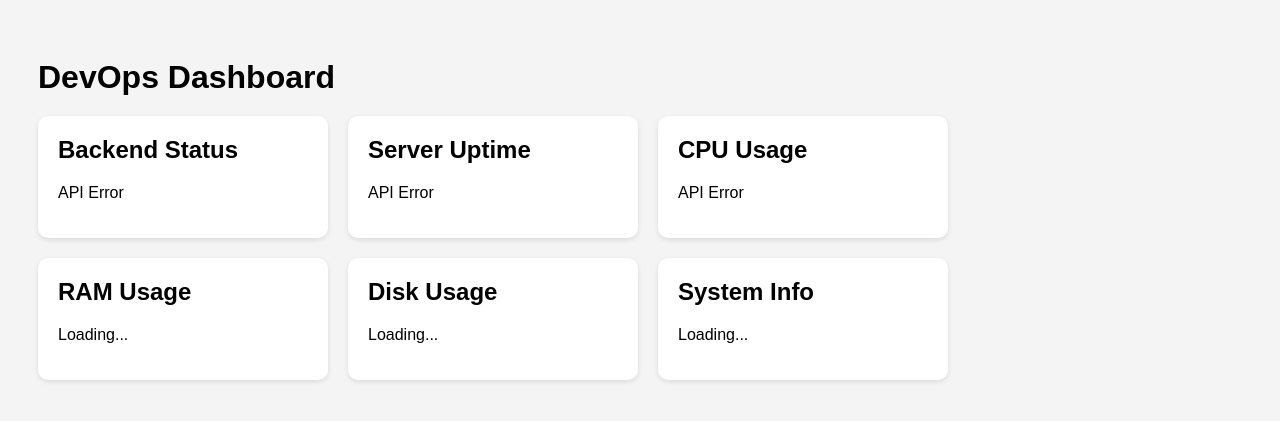
Repository: manoj-991/devops-dashboard
Page: frontend/index.html
The author's editor kept a copy of each file at every save. The page is drawn from the files as they stood at one save, then again after the next save.
The browser window is 1280 px wide. The pictures show the whole page.
The page's requests for data from a server got no answer.

Above is the page before, as saved 2026-05-23 00:20:10.

After the next save:
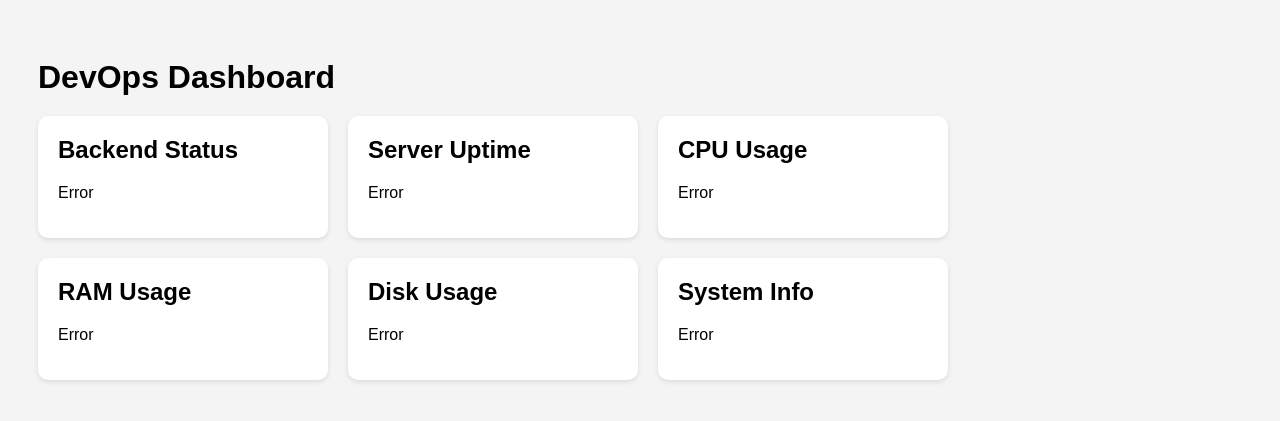
Saved 14 s later.
--- a/frontend/app.js
+++ b/frontend/app.js
@@ -1,64 +1,90 @@
-async function loadBackendStatus() {
+async function fetchData(url) {
 
-    try {
+    const response = await fetch(url);
 
-        const response = await fetch("/api/health");
-
-        const data = await response.json();
-
-        document.getElementById("backend-status").innerText =
-            data.status;
-
-    } catch (error) {
-
-        document.getElementById("backend-status").innerText =
-            "API Error";
-    }
-}
-
-async function loadUptime() {
-
-    try {
-
-        const response = await fetch("/api/uptime");
-
-        const data = await response.json();
-
-        document.getElementById("uptime-result").innerText =
-            data.uptime;
-
-    } catch (error) {
-
-        document.getElementById("uptime-result").innerText =
-            "API Error";
-    }
-}
-
-async function loadCPU() {
-
-    try {
-
-        const response = await fetch("/api/cpu");
-
-        const data = await response.json();
-
-        document.getElementById("cpu-result").innerText =
-            data.cpu_usage;
-
-    } catch (error) {
-
-        document.getElementById("cpu-result").innerText =
-            "API Error";
-    }
+    return await response.json();
 }
 
 async function loadDashboard() {
 
-    await loadBackendStatus();
+    try {
 
-    await loadUptime();
+        const health = await fetchData("/api/health");
 
-    await loadCPU();
+        document.getElementById("backend-status").innerText =
+            health.status;
+
+    } catch {
+
+        document.getElementById("backend-status").innerText =
+            "Error";
+    }
+
+    try {
+
+        const uptime = await fetchData("/api/uptime");
+
+        document.getElementById("uptime-result").innerText =
+            uptime.uptime;
+
+    } catch {
+
+        document.getElementById("uptime-result").innerText =
+            "Error";
+    }
+
+    try {
+
+        const cpu = await fetchData("/api/cpu");
+
+        document.getElementById("cpu-result").innerText =
+            cpu.cpu;
+
+    } catch {
+
+        document.getElementById("cpu-result").innerText =
+            "Error";
+    }
+
+    try {
+
+        const ram = await fetchData("/api/ram");
+
+        document.getElementById("ram-result").innerText =
+            ram.ram;
+
+    } catch {
+
+        document.getElementById("ram-result").innerText =
+            "Error";
+    }
+
+    try {
+
+        const disk = await fetchData("/api/disk");
+
+        document.getElementById("disk-result").innerText =
+            disk.disk;
+
+    } catch {
+
+        document.getElementById("disk-result").innerText =
+            "Error";
+    }
+
+    try {
+
+        const system = await fetchData("/api/system");
+
+        document.getElementById("system-result").innerText =
+            `${system.hostname}
+${system.platform}`;
+
+    } catch {
+
+        document.getElementById("system-result").innerText =
+            "Error";
+    }
 }
 
 loadDashboard();
